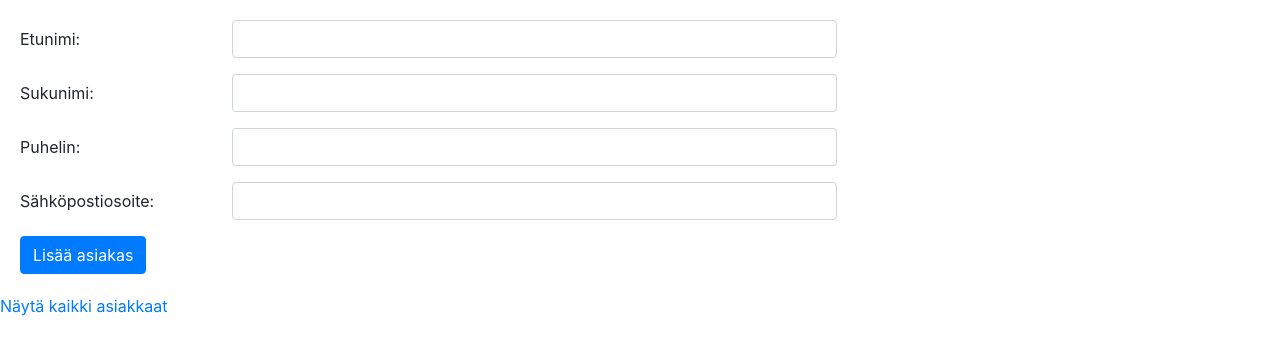
Repository: sarastu5/javaohjelmointi
Page: http://localhost/AsiakkaatWeb/lisaaasiakas.jsp
The author's editor kept a copy of each file at every save. The page is drawn from the files as they stood at one save, then again after the next save.
The browser window is 1280 px wide. The pictures show the whole page.
Some web libraries are served in a nearby version. The page is served by Tomcat 9. The session is filled in as if someone had signed in: {"kayttaja": 1}. Other server files are loaded and not shown.

Above is the page before, as saved 2018-05-04 18:50:14.

### Java EE/AsiakkaatWeb/WebContent/lisaaasiakas.jsp
<%@include file="onkokirjauduttu.jsp" %>
<%@ page language="java" contentType="text/html; charset=ISO-8859-1"
    pageEncoding="ISO-8859-1"%>
<!DOCTYPE html PUBLIC "-//W3C//DTD HTML 4.01 Transitional//EN" "http://www.w3.org/TR/html4/loose.dtd">
<html>
<head>
<meta http-equiv="Content-Type" content="text/html; charset=ISO-8859-1">
<script src="https://ajax.googleapis.com/ajax/libs/jquery/3.1.1/jquery.min.js"></script>
<link rel="stylesheet" type="text/css" href="main.css">
<link rel="stylesheet" href="https://stackpath.bootstrapcdn.com/bootstrap/4.1.0/css/bootstrap.min.css" integrity="sha384-9gVQ4dYFwwWSjIDZnLEWnxCjeSWFphJiwGPXr1jddIhOegiu1FwO5qRGvFXOdJZ4" crossorigin="anonymous">
<title>Asiakkaiden lisäys</title>
</head>
<body>
	<div id="error"></div>
	<div class="lomake">
		<form action="LisaaAsiakas" method="post" name="lisaaLomake" onsubmit="return validateForm()" id="lisaaLomake">
			<div class="form-group row">
		   		<label for="etunimi" class="col-sm-2 col-form-label">Etunimi:</label>
		    	<div class="col-sm-6">
		      		<input type="text" class="form-control" name="etunimi" id="etunimi">
		    	</div>
	  		</div>
	  		<div class="form-group row">
		   		<label for="sukunimi" class="col-sm-2 col-form-label">Sukunimi:</label>
		    	<div class="col-sm-6">
		      		<input type="text" class="form-control" name="sukunimi" id="sukunimi">
		    	</div>
	  		</div>
	  		<div class="form-group row">
		   		<label for="puhelin" class="col-sm-2 col-form-label">Puhelin:</label>
		    	<div class="col-sm-6">
		      		<input type="text" class="form-control" name="puhelin" id="puhelin">
		    	</div>
	  		</div>
	  		<div class="form-group row">
		   		<label for="sposti" class="col-sm-2 col-form-label">Sähköpostiosoite:</label>
		    	<div class="col-sm-6">
		      		<input type="text" class="form-control" name="sposti" id="sposti">
		    	</div>
	  		</div>

	  		<button type="submit" class="btn btn-primary" value="lisää">Lisää asiakas</button>
		</form>
	</div>

	<a href="haeasiakkaat.jsp">Näytä kaikki asiakkaat</a>

	<script>
		function validateForm() {
			var error = "";

			var etunimi = document.forms["lisaaLomake"]["etunimi"].value;
			if (etunimi == "") {
				error = error + "Etunimi on pakollinen<br>";
			}

			var sukunimi = document.forms["lisaaLomake"]["sukunimi"].value;
			if (sukunimi == "") {
				error = error + "Sukunimi on pakollinen<br>";
			}

			var puhelin = document.forms["lisaaLomake"]["puhelin"].value;
			if (puhelin == "") {
				error = error + "Puhelinnumero on pakollinen<br>";
			}

			if (error !== "") {
				$("#error").html(error);
				return false;
			}
		}
	</script>

	<script src="https://code.jquery.com/jquery-3.3.1.slim.min.js" integrity="sha384-q8i/X+965DzO0rT7abK41JStQIAqVgRVzpbzo5smXKp4YfRvH+8abtTE1Pi6jizo" crossorigin="anonymous"></script>
	<script src="https://cdnjs.cloudflare.com/ajax/libs/popper.js/1.14.0/umd/popper.min.js" integrity="sha384-cs/chFZiN24E4KMATLdqdvsezGxaGsi4hLGOzlXwp5UZB1LY//20VyM2taTB4QvJ" crossorigin="anonymous"></script>
	<script src="https://stackpath.bootstrapcdn.com/bootstrap/4.1.0/js/bootstrap.min.js" integrity="sha384-uefMccjFJAIv6A+rW+L4AHf99KvxDjWSu1z9VI8SKNVmz4sk7buKt/6v9KI65qnm" crossorigin="anonymous"></script>
</body>
</html>

### Java EE/AsiakkaatWeb/WebContent/onkokirjauduttu.jsp
<%
if (session.getAttribute("kayttaja")==null) {
	response.sendRedirect("index.jsp");
	return;
}
%>

### Java EE/AsiakkaatWeb/WebContent/main.css
td.otsikko {
	font-weight: bold;
}

.lomake {
	padding: 20px;
}

After the next save:
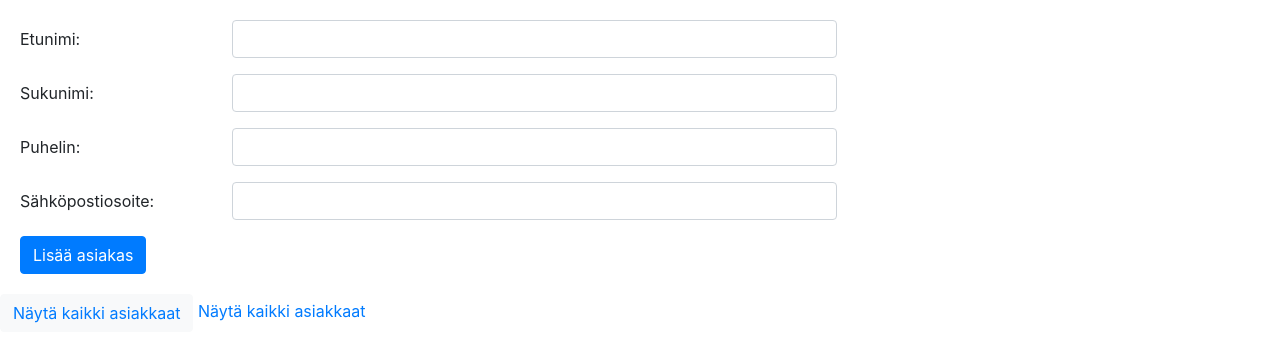
Saved 101 s later.
--- a/Java EE/AsiakkaatWeb/WebContent/lisaaasiakas.jsp
+++ b/Java EE/AsiakkaatWeb/WebContent/lisaaasiakas.jsp
@@ -42,7 +42,7 @@
 	  		<button type="submit" class="btn btn-primary" value="lisää">Lisää asiakas</button>
 		</form>
 	</div>
-
+	<button type="button" class="btn btn-light"><a href="haeasiakkaat.jsp">Näytä kaikki asiakkaat</a></button>
 	<a href="haeasiakkaat.jsp">Näytä kaikki asiakkaat</a>
 
 	<script>
